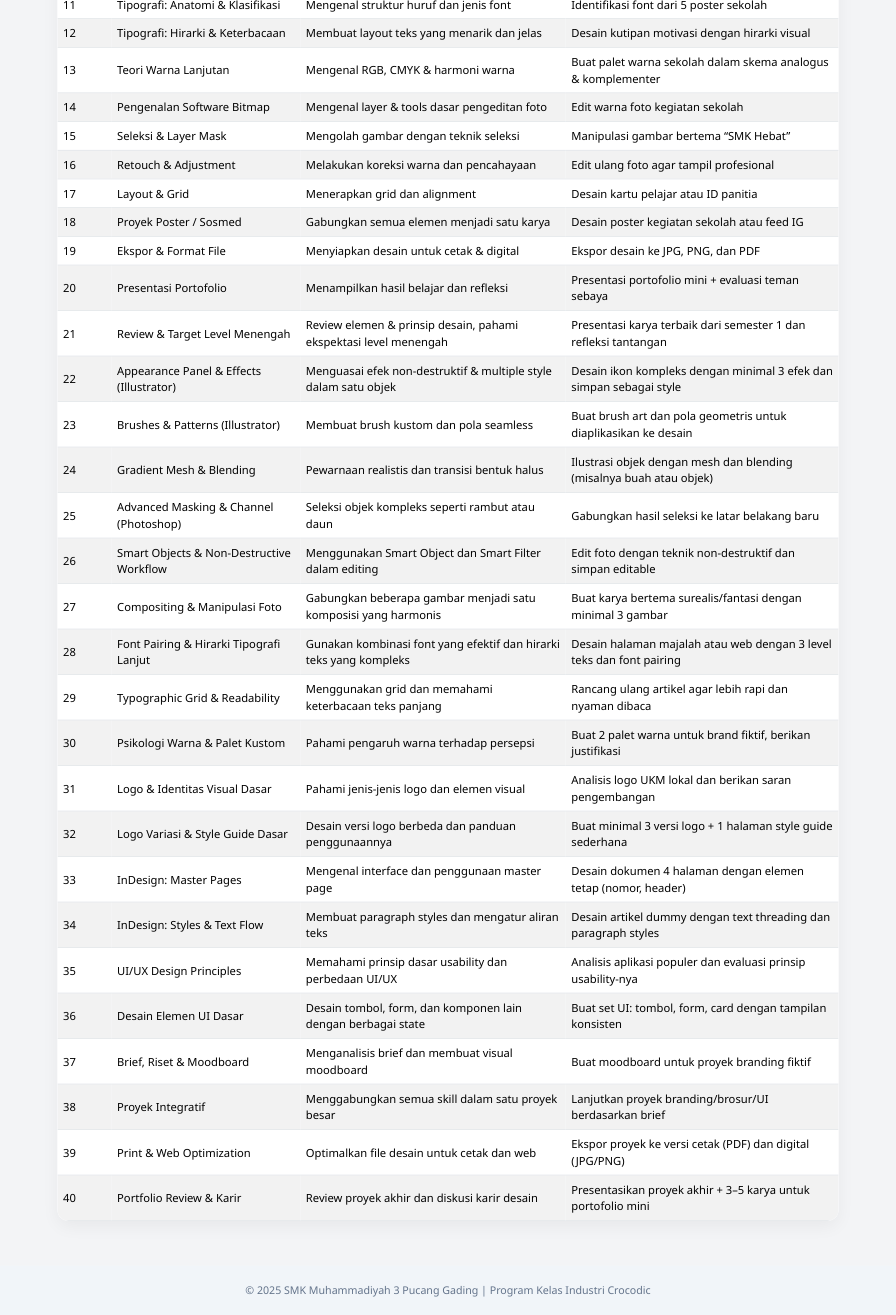
Repository: ppdbsmkmutipuga/kurikulumdesain
Page: index.html
The author's editor kept a copy of each file at every save. The page is drawn from the files as they stood at one save, then again after the next save.
The browser window is 1280 px wide. The pictures show the part of the page from y = 1053 to 2973 px (the page is 2932 px tall before and 2973 px after), at 70% of full size.

Above is the page before, as saved 2025-07-01 04:02:20.

### index.html
<!-- index.html -->
<!DOCTYPE html>
<html lang="id">

<head>
    <meta charset="UTF-8" />
    <meta name="viewport" content="width=device-width, initial-scale=1.0" />
    <title>Kurikulum Desain Grafis - SMK Mutipuga</title>
    <link href="https://cdn.jsdelivr.net/npm/bootstrap@5.3.3/dist/css/bootstrap.min.css" rel="stylesheet" />
    <link href="style.css" rel="stylesheet" />
</head>

<body>

    <!-- Hero Section -->
    <section class="hero">
        <div class="container">
            <h1>Kurikulum Desain Grafis Dasar</h1>
            <p>Program Kelas Industri Crocodic (Versi SMK Mutipuga) - Semester Ganjil</p>
        </div>
    </section>


    <!-- Table Section -->
    <section class="container my-5">
        <h2 class="section-title">Struktur Kurikulum Mingguan</h2>
        <div class="table-container">
            <div class="table-responsive">
                <table class="table table-striped table-hover align-middle mb-0" id="kurikulumTable">
                    <thead>
                        <tr>
                            <th scope="col">Minggu</th>
                            <th scope="col">Materi</th>
                            <th scope="col">Tujuan Pembelajaran</th>
                            <th scope="col">Proyek / Tugas</th>
                        </tr>
                    </thead>
                    <tbody>
                        <!-- Semester 1 -->
                        <tr class="table-primary text-center fw-bold">
                            <td colspan="4">Semester 1 - Dasar Desain Grafis</td>
                        </tr>
                        <tr>
                            <td>1</td>
                            <td>Pengenalan Desain Grafis & Dunia Kerja Kreatif</td>
                            <td>Memahami peran desain dalam industri & kehidupan</td>
                            <td>Tulis artikel: “Apa itu desain grafis dan kenapa penting?”</td>
                        </tr>
                        <tr>
                            <td>2</td>
                            <td>Elemen Visual: Garis, Bentuk, Tekstur</td>
                            <td>Mengenal dan membuat elemen visual dasar</td>
                            <td>Desain stiker sederhana bertema sekolah</td>
                        </tr>
                        <tr>
                            <td>3</td>
                            <td>Ruang, Ukuran, Warna</td>
                            <td>Memahami ruang, ukuran dan teori warna dasar</td>
                            <td>Analisis poster PPDB Mutipuga dari segi ruang & proporsi</td>
                        </tr>
                        <tr>
                            <td>4</td>
                            <td>Keseimbangan & Kontras</td>
                            <td>Mengatur keseimbangan simetris/asimetris & kontras</td>
                            <td>Desain brosur satu halaman bertema ekstrakurikuler</td>
                        </tr>
                        <tr>
                            <td>5</td>
                            <td>Penekanan, Irama, Pola</td>
                            <td>Mengatur perhatian visual melalui elemen penekanan</td>
                            <td>Desain cover majalah siswa yang menarik perhatian</td>
                        </tr>
                        <tr>
                            <td>6</td>
                            <td>Kesatuan & Proporsi</td>
                            <td>Menciptakan harmoni dan keselarasan visual</td>
                            <td>Desain spanduk hari besar nasional</td>
                        </tr>
                        <tr>
                            <td>7</td>
                            <td>Pengenalan Software Vektor</td>
                            <td>Mengenal tools dasar pada software desain vektor</td>
                            <td>Replika logo sekolah menggunakan shape dan warna</td>
                        </tr>
                        <tr>
                            <td>8</td>
                            <td>Objek & Gradasi Warna</td>
                            <td>Mengatur layer dan memberi efek gradasi</td>
                            <td>Buat ilustrasi simpel bertema sekolah</td>
                        </tr>
                        <tr>
                            <td>9</td>
                            <td>Pen Tool Dasar</td>
                            <td>Membuat garis & kurva presisi dengan Pen Tool</td>
                            <td>Tracing ikon budaya Indonesia (batik, angklung)</td>
                        </tr>
                        <tr>
                            <td>10</td>
                            <td>Pen Tool Lanjutan & Pathfinder</td>
                            <td>Gabungkan bentuk kompleks dengan Pathfinder</td>
                            <td>Desain logo kegiatan OSIS</td>
                        </tr>
                        <tr>
                            <td>11</td>
                            <td>Tipografi: Anatomi & Klasifikasi</td>
                            <td>Mengenal struktur huruf dan jenis font</td>
                            <td>Identifikasi font dari 5 poster sekolah</td>
                        </tr>
                        <tr>
                            <td>12</td>
                            <td>Tipografi: Hirarki & Keterbacaan</td>
                            <td>Membuat layout teks yang menarik dan jelas</td>
                            <td>Desain kutipan motivasi dengan hirarki visual</td>
                        </tr>
                        <tr>
                            <td>13</td>
                            <td>Teori Warna Lanjutan</td>
                            <td>Mengenal RGB, CMYK & harmoni warna</td>
                            <td>Buat palet warna sekolah dalam skema analogus & komplementer</td>
                        </tr>
                        <tr>
                            <td>14</td>
                            <td>Pengenalan Software Bitmap</td>
                            <td>Mengenal layer & tools dasar pengeditan foto</td>
                            <td>Edit warna foto kegiatan sekolah</td>
                        </tr>
                        <tr>
                            <td>15</td>
                            <td>Seleksi & Layer Mask</td>
                            <td>Mengolah gambar dengan teknik seleksi</td>
                            <td>Manipulasi gambar bertema “SMK Hebat”</td>
                        </tr>
                        <tr>
                            <td>16</td>
                            <td>Retouch & Adjustment</td>
                            <td>Melakukan koreksi warna dan pencahayaan</td>
                            <td>Edit ulang foto agar tampil profesional</td>
                        </tr>
                        <tr>
                            <td>17</td>
                            <td>Layout & Grid</td>
                            <td>Menerapkan grid dan alignment</td>
                            <td>Desain kartu pelajar atau ID panitia</td>
                        </tr>
                        <tr>
                            <td>18</td>
                            <td>Proyek Poster / Sosmed</td>
                            <td>Gabungkan semua elemen menjadi satu karya</td>
                            <td>Desain poster kegiatan sekolah atau feed IG</td>
                        </tr>
                        <tr>
                            <td>19</td>
                            <td>Ekspor & Format File</td>
                            <td>Menyiapkan desain untuk cetak & digital</td>
                            <td>Ekspor desain ke JPG, PNG, dan PDF</td>
                        </tr>
                        <tr>
                            <td>20</td>
                            <td>Presentasi Portofolio</td>
                            <td>Menampilkan hasil belajar dan refleksi</td>
                            <td>Presentasi portofolio mini + evaluasi teman sebaya</td>
                        </tr>
                        <tr>
                            <td>21</td>
                            <td>Review & Target Level Menengah</td>
                            <td>Review elemen & prinsip desain, pahami ekspektasi level menengah</td>
                            <td>Presentasi karya terbaik dari semester 1 dan refleksi tantangan</td>
                        </tr>
                        <tr>
                            <td>22</td>
                            <td>Appearance Panel & Effects (Illustrator)</td>
                            <td>Menguasai efek non-destruktif & multiple style dalam satu objek</td>
                            <td>Desain ikon kompleks dengan minimal 3 efek dan simpan sebagai style</td>
                        </tr>
                        <tr>
                            <td>23</td>
                            <td>Brushes & Patterns (Illustrator)</td>
                            <td>Membuat brush kustom dan pola seamless</td>
                            <td>Buat brush art dan pola geometris untuk diaplikasikan ke desain</td>
                        </tr>
                        <tr>
                            <td>24</td>
                            <td>Gradient Mesh & Blending</td>
                            <td>Pewarnaan realistis dan transisi bentuk halus</td>
                            <td>Ilustrasi objek dengan mesh dan blending (misalnya buah atau objek)</td>
                        </tr>
                        <tr>
                            <td>25</td>
                            <td>Advanced Masking & Channel (Photoshop)</td>
                            <td>Seleksi objek kompleks seperti rambut atau daun</td>
                            <td>Gabungkan hasil seleksi ke latar belakang baru</td>
                        </tr>
                        <tr>
                            <td>26</td>
                            <td>Smart Objects & Non-Destructive Workflow</td>
                            <td>Menggunakan Smart Object dan Smart Filter dalam editing</td>
                            <td>Edit foto dengan teknik non-destruktif dan simpan editable</td>
                        </tr>
                        <tr>
                            <td>27</td>
                            <td>Compositing & Manipulasi Foto</td>
                            <td>Gabungkan beberapa gambar menjadi satu komposisi yang harmonis</td>
                            <td>Buat karya bertema surealis/fantasi dengan minimal 3 gambar</td>
                        </tr>
                        <tr>
                            <td>28</td>
                            <td>Font Pairing & Hirarki Tipografi Lanjut</td>
                            <td>Gunakan kombinasi font yang efektif dan hirarki teks yang kompleks</td>
                            <td>Desain halaman majalah atau web dengan 3 level teks dan font pairing</td>
                        </tr>
                        <tr>
                            <td>29</td>
                            <td>Typographic Grid & Readability</td>
                            <td>Menggunakan grid dan memahami keterbacaan teks panjang</td>
                            <td>Rancang ulang artikel agar lebih rapi dan nyaman dibaca</td>
                        </tr>
                        <tr>
                            <td>30</td>
                            <td>Psikologi Warna & Palet Kustom</td>
                            <td>Pahami pengaruh warna terhadap persepsi</td>
                            <td>Buat 2 palet warna untuk brand fiktif, berikan justifikasi</td>
                        </tr>
                        <tr>
                            <td>31</td>
                            <td>Logo & Identitas Visual Dasar</td>
                            <td>Pahami jenis-jenis logo dan elemen visual</td>
                            <td>Analisis logo UKM lokal dan berikan saran pengembangan</td>
                        </tr>
                        <tr>
                            <td>32</td>
                            <td>Logo Variasi & Style Guide Dasar</td>
                            <td>Desain versi logo berbeda dan panduan penggunaannya</td>
                            <td>Buat minimal 3 versi logo + 1 halaman style guide sederhana</td>
                        </tr>
                        <tr>
                            <td>33</td>
                            <td>InDesign: Master Pages</td>
                            <td>Mengenal interface dan penggunaan master page</td>
                            <td>Desain dokumen 4 halaman dengan elemen tetap (nomor, header)</td>
                        </tr>
                        <tr>
                            <td>34</td>
                            <td>InDesign: Styles & Text Flow</td>
                            <td>Membuat paragraph styles dan mengatur aliran teks</td>
                            <td>Desain artikel dummy dengan text threading dan paragraph styles</td>
                        </tr>
                        <tr>
                            <td>35</td>
                            <td>UI/UX Design Principles</td>
                            <td>Memahami prinsip dasar usability dan perbedaan UI/UX</td>
                            <td>Analisis aplikasi populer dan evaluasi prinsip usability-nya</td>
                        </tr>
                        <tr>
                            <td>36</td>
                            <td>Desain Elemen UI Dasar</td>
                            <td>Desain tombol, form, dan komponen lain dengan berbagai state</td>
                            <td>Buat set UI: tombol, form, card dengan tampilan konsisten</td>
                        </tr>
                        <tr>
                            <td>37</td>
                            <td>Brief, Riset & Moodboard</td>
                            <td>Menganalisis brief dan membuat visual moodboard</td>
                            <td>Buat moodboard untuk proyek branding fiktif</td>
                        </tr>
                        <tr>
                            <td>38</td>
                            <td>Proyek Integratif</td>
                            <td>Menggabungkan semua skill dalam satu proyek besar</td>
                            <td>Lanjutkan proyek branding/brosur/UI berdasarkan brief</td>
                        </tr>
                        <tr>
                            <td>39</td>
                            <td>Print & Web Optimization</td>
                            <td>Optimalkan file desain untuk cetak dan web</td>
                            <td>Ekspor proyek ke versi cetak (PDF) dan digital (JPG/PNG)</td>
                        </tr>
                        <tr>
                            <td>40</td>
                            <td>Portfolio Review & Karir</td>
                            <td>Review proyek akhir dan diskusi karir desain</td>
                            <td>Presentasikan proyek akhir + 3–5 karya untuk portofolio mini</td>
                        </tr>

                    </tbody>
                </table>
            </div>
    </section>


    <!-- Footer -->
    <footer>
        &copy; 2025 SMK Muhammadiyah 3 Pucang Gading | Program Kelas Industri Crocodic
    </footer>

    <script src="https://cdn.jsdelivr.net/npm/bootstrap@5.3.3/dist/js/bootstrap.bundle.min.js"></script>
    <script src="script.js"></script>
</body>

</html>

### style.css
body {
  font-family: 'Segoe UI', sans-serif;
  background-color: #f3f4f6;
  color: #1f2937;
}

.hero {
  background: linear-gradient(to right, #2563eb, #1d4ed8);
  color: white;
  padding: 80px 0;
  text-align: center;
  border-bottom-left-radius: 2rem;
  border-bottom-right-radius: 2rem;
  box-shadow: 0 5px 20px rgba(0, 0, 0, 0.1);
}

.hero h1 {
  font-size: 2.75rem;
  font-weight: 700;
}

.hero p {
  font-size: 1.2rem;
  opacity: 0.9;
}

.section-title {
  margin-top: 3rem;
  margin-bottom: 2rem;
  font-weight: 600;
  font-size: 1.75rem;
  text-align: center;
  color: #1d4ed8;
}

.table-container {
  border-radius: 1rem;
  overflow: hidden;
  box-shadow: 0 8px 24px rgba(0, 0, 0, 0.05);
  background-color: white;
}

thead {
  background-color: #1d4ed8;
  color: white;
}

.table-striped tbody tr:nth-of-type(odd) {
  background-color: #f9fafb;
}

footer {
  background-color: #f1f5f9;
  text-align: center;
  padding: 1.5rem 0;
  margin-top: 4rem;
  font-size: 0.95rem;
  color: #64748b;
}

### script.js
// script.js
document.addEventListener('DOMContentLoaded', () => {
    const rows = document.querySelectorAll('#kurikulumTable tbody tr');

    rows.forEach(row => {
        row.addEventListener('mouseover', () => {
            row.style.backgroundColor = '#e0f2fe';
        });
        row.addEventListener('mouseout', () => {
            row.style.backgroundColor = '';
        });
    });
});

After the next save:
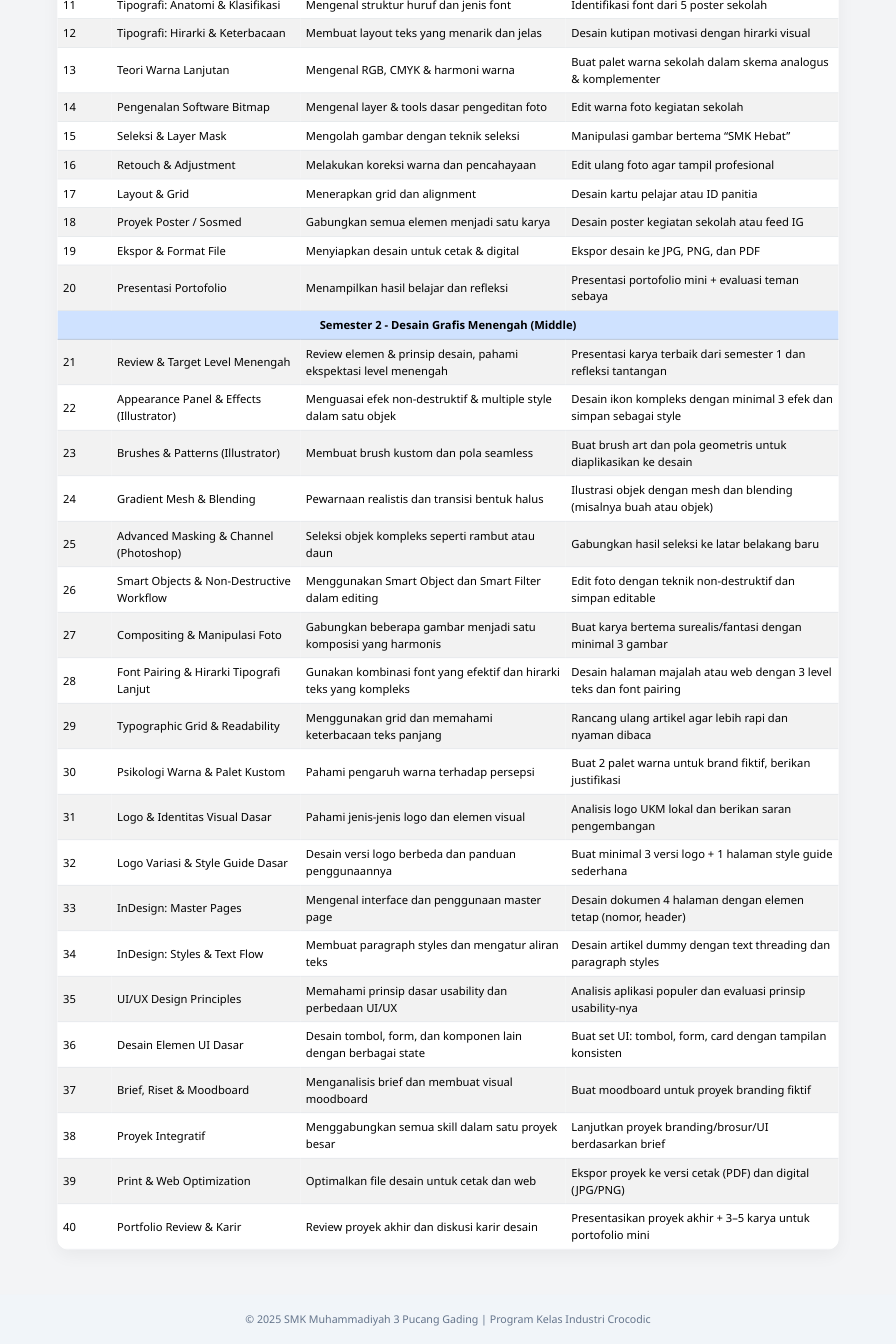
Saved 24 s later.
--- a/index.html
+++ b/index.html
@@ -160,6 +160,10 @@
                             <td>Menampilkan hasil belajar dan refleksi</td>
                             <td>Presentasi portofolio mini + evaluasi teman sebaya</td>
                         </tr>
+                        <!-- Semester 2 -->
+                        <tr class="table-primary text-center fw-bold">
+                            <td colspan="4">Semester 2 - Desain Grafis Menengah (Middle)</td>
+                        </tr>
                         <tr>
                             <td>21</td>
                             <td>Review & Target Level Menengah</td>
